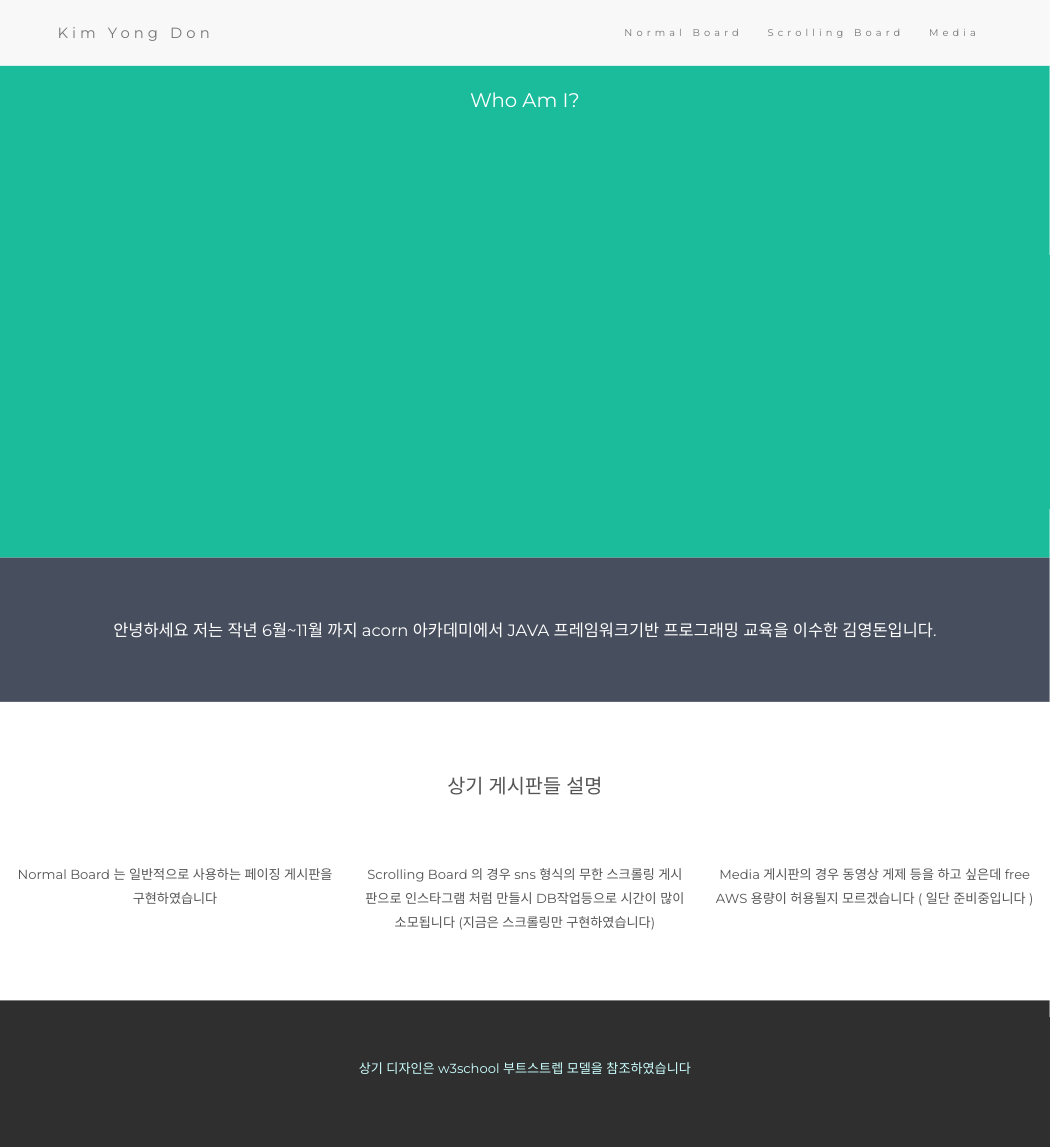
Repository: jjjikolpp/Developer
Page: http://localhost/myProject/demo.jsp
An editor plug-in stored every save of this project. The page is shown before and after the next save, followed by the edit.
The browser window is 1280 px wide. The pictures show the whole page, at 82% of full size.
Some web libraries are served in a nearby version. The page is served by Tomcat 9. Other server files are loaded and not shown.

Above is the page before, as saved 2017-03-02 23:54:14.

### myProject/src/main/webapp/demo.jsp
<%@ page language="java" contentType="text/html; charset=UTF-8"
    pageEncoding="UTF-8"%>
<!DOCTYPE html>
<html>
<head>
  <!-- Theme Made By www.w3schools.com - No Copyright -->
  <title>Bootstrap Theme Simply Me</title>
  <meta charset="utf-8">
  <meta http-equiv="X-UA-Compatible" content="text/html; charset=UTF-8">
  <meta name="viewport" content="width=device-width, initial-scale=1">
  <link rel="stylesheet" href="https://maxcdn.bootstrapcdn.com/bootstrap/3.3.7/css/bootstrap.min.css">
  <link href="https://fonts.googleapis.com/css?family=Montserrat" rel="stylesheet">
  <script src="https://ajax.googleapis.com/ajax/libs/jquery/3.1.1/jquery.min.js"></script>
  <script src="https://maxcdn.bootstrapcdn.com/bootstrap/3.3.7/js/bootstrap.min.js"></script>
  <script type="text/javascript">

  	function normalBoard(){
  		alert("dd");
  		$("#First_Container").empty();
  		$("#First_Container").load("include.jsp");




  	}
  </script>
  <style>
  body {
      font: 20px Montserrat, sans-serif;
      line-height: 1.8;
      color: #f5f6f7;
  }
  p {font-size: 16px;}
  .margin {margin-bottom: 45px;}
  .bg-1 {
      background-color: #1abc9c; /* Green */
      color: #ffffff;
  }
  .bg-2 {
      background-color: #474e5d; /* Dark Blue */
      color: #ffffff;
  }
  .bg-3 {
      background-color: #ffffff; /* White */
      color: #555555;
  }
  .bg-4 {
      background-color: #2f2f2f; /* Black Gray */
      color: #fff;
  }
  .container-fluid {
      padding-top: 70px;
      padding-bottom: 70px;
  }
  .navbar {
      padding-top: 15px;
      padding-bottom: 15px;
      border: 0;
      border-radius: 0;
      margin-bottom: 0;
      font-size: 12px;
      letter-spacing: 5px;
  }
  .navbar-nav  li a:hover {
      color: #1abc9c !important;
  }
  </style>
</head>
<body>

<!-- Navbar -->
<nav class="navbar navbar-default">
  <div class="container">
    <div class="navbar-header">
      <button type="button" class="navbar-toggle" data-toggle="collapse" data-target="#myNavbar">
        <span class="icon-bar"></span>
        <span class="icon-bar"></span>
        <span class="icon-bar"></span>
      </button>
      <a class="navbar-brand" href="#">Kim Yong Don</a>
    </div>
    <div class="collapse navbar-collapse" id="myNavbar">
      <ul class="nav navbar-nav navbar-right">

        <li><a href="#" onClick="normalBoard();">Normal Board</a></li>
        <li><a href="#" onclick="checkSupportsImport()">Scrolling Board</a></li>
        <li><a href="#">Media</a></li>
      </ul>
    </div>
  </div>
</nav>

<!-- First Container -->
<div class="container-fluid bg-1 text-center" id="First_Container"  style=" padding: 10px; height: auto; min-height: 600px; overflow: auto;">
  <h3 class="margin">Who Am I?</h3>
  <h3></h3>
</div>

<!-- Second Container -->
<div class="container-fluid bg-2 text-center">
  안녕하세요 저는 작년 6월~11월 까지 acorn 아카데미에서 JAVA 프레임워크기반 프로그래밍 교육을 이수한 김영돈입니다.

</div>

<!-- Third Container (Grid) -->
<div class="container-fluid bg-3 text-center">
  <h3 class="margin">상기 게시판들 설명</h3><br>
  <div class="row">
    <div class="col-sm-4">
      <p>Normal Board 는 일반적으로 사용하는 페이징 게시판을 구현하였습니다</p>

    </div>
    <div class="col-sm-4">
      <p>Scrolling Board 의 경우 sns 형식의 무한 스크롤링 게시판으로 인스타그램 처럼 만들시 DB작업등으로 시간이 많이 소모됩니다 (지금은 스크롤링만 구현하였습니다)</p>

    </div>
    <div class="col-sm-4">
      <p>Media 게시판의 경우 동영상 게제 등을 하고 싶은데 free AWS 용량이 허용될지 모르겠습니다 ( 일단 준비중입니다 )</p>

    </div>
  </div>
</div>
<!-- Footer -->
<footer class="container-fluid bg-4 text-center">
  <p><font color="#ccffff">상기 디자인은 w3school 부트스트렙 모델을 참조하였습니다</font></p>
</footer>

</body>
</html>

After the next save:
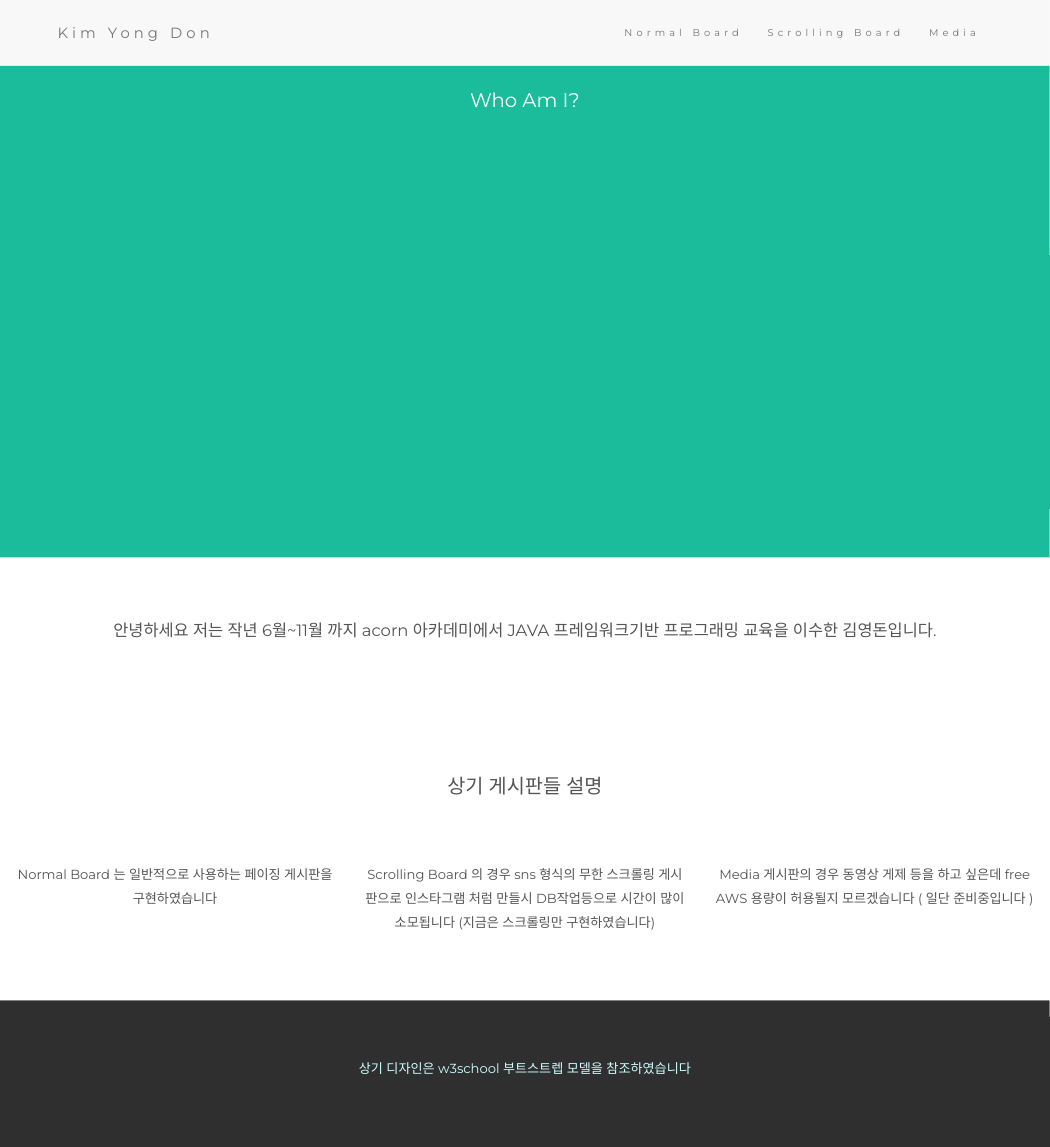
Saved 14 s later.
--- a/myProject/src/main/webapp/demo.jsp
+++ b/myProject/src/main/webapp/demo.jsp
@@ -97,7 +97,7 @@
 </div>
 
 <!-- Second Container -->
-<div class="container-fluid bg-2 text-center">
+<div class="container-fluid bg-3 text-center">
   안녕하세요 저는 작년 6월~11월 까지 acorn 아카데미에서 JAVA 프레임워크기반 프로그래밍 교육을 이수한 김영돈입니다.
 
 </div>

After the save that followed:
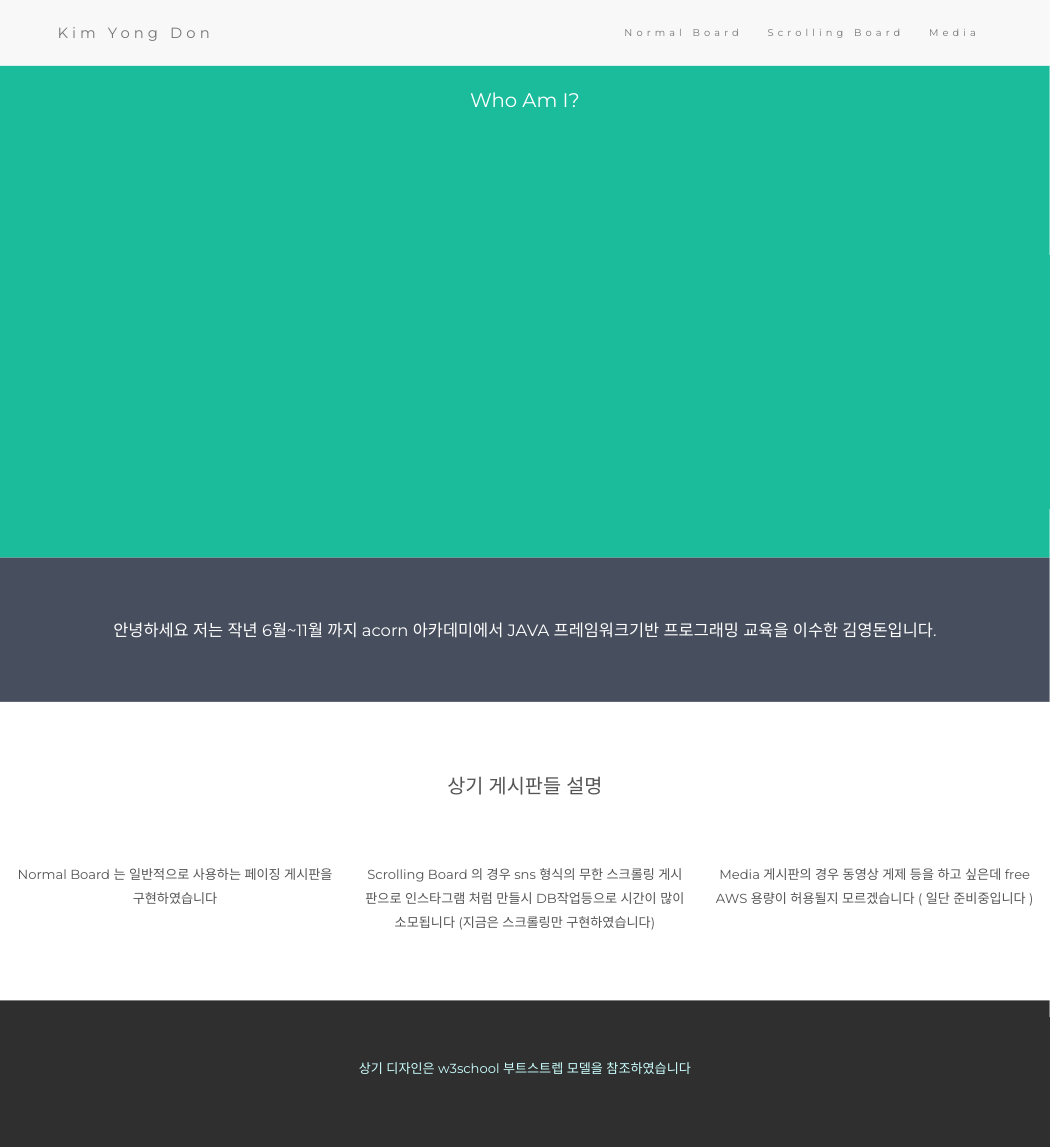
Saved 106 s later.
--- a/myProject/src/main/webapp/demo.jsp
+++ b/myProject/src/main/webapp/demo.jsp
@@ -97,7 +97,7 @@
 </div>
 
 <!-- Second Container -->
-<div class="container-fluid bg-3 text-center">
+<div class="container-fluid bg-2 text-center">
   안녕하세요 저는 작년 6월~11월 까지 acorn 아카데미에서 JAVA 프레임워크기반 프로그래밍 교육을 이수한 김영돈입니다.
 
 </div>
